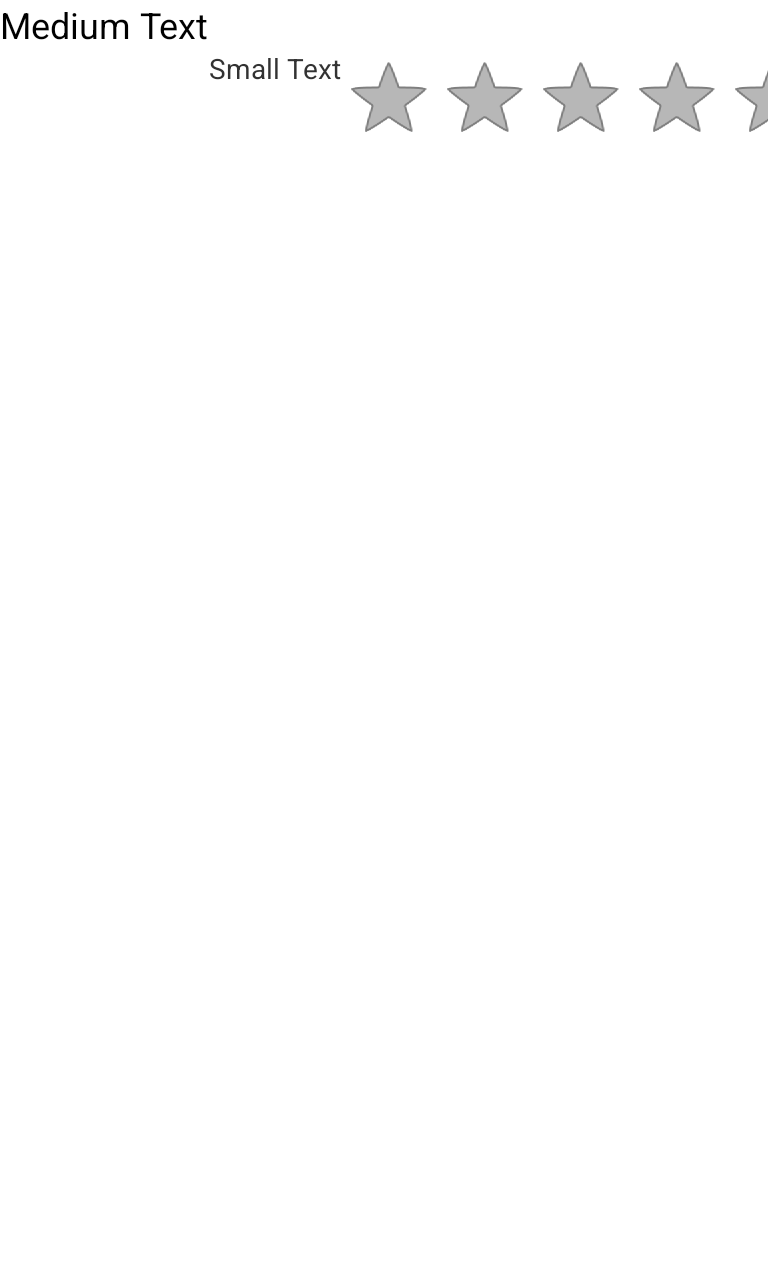
Repository: yash256/atnt
Layout: Farmdroid/res/layout/market_details.xml
An editor plug-in stored every save of this project. The layout is shown before and after the next save, followed by the edit.
It is drawn on a 768 x 1280 px phone screen (xhdpi) without system bars, with theme AppTheme; the app's code is not run.

Above is the layout before, as saved 2014-10-26 18:41:56.

### Farmdroid/res/layout/market_details.xml
<?xml version="1.0" encoding="utf-8"?>
<LinearLayout xmlns:android="http://schemas.android.com/apk/res/android"
    android:layout_width="match_parent"
    android:layout_height="match_parent"
    android:orientation="vertical" >

    <GridLayout
        android:layout_width="match_parent"
        android:layout_height="wrap_content"
        android:columnCount="8" >

        <TextView
            android:id="@+id/textView1"
            android:layout_column="0"
            android:layout_gravity="left|top"
            android:layout_row="1"
            android:text="Medium Text"
            android:textAppearance="?android:attr/textAppearanceMedium" />

    <TextView
        android:id="@+id/market_address"
        android:layout_width="wrap_content"
        android:layout_height="wrap_content"
        android:text="Small Text"
        android:textAppearance="?android:attr/textAppearanceSmall"
        android:layout_row="2"
        android:layout_columnSpan="2"/>

    <RatingBar
        android:id="@+id/ratingBar1"
        android:layout_gravity="right|top"
        android:layout_row="2"
        android:layout_columnSpan="4"/>

    </GridLayout>


</LinearLayout>

Loaded but not shown: Farmdroid/res/values/styles.xml (common file); Farmdroid/res/values-v11/styles.xml (common file); Farmdroid/res/values-v14/styles.xml (common file)

After the next save:
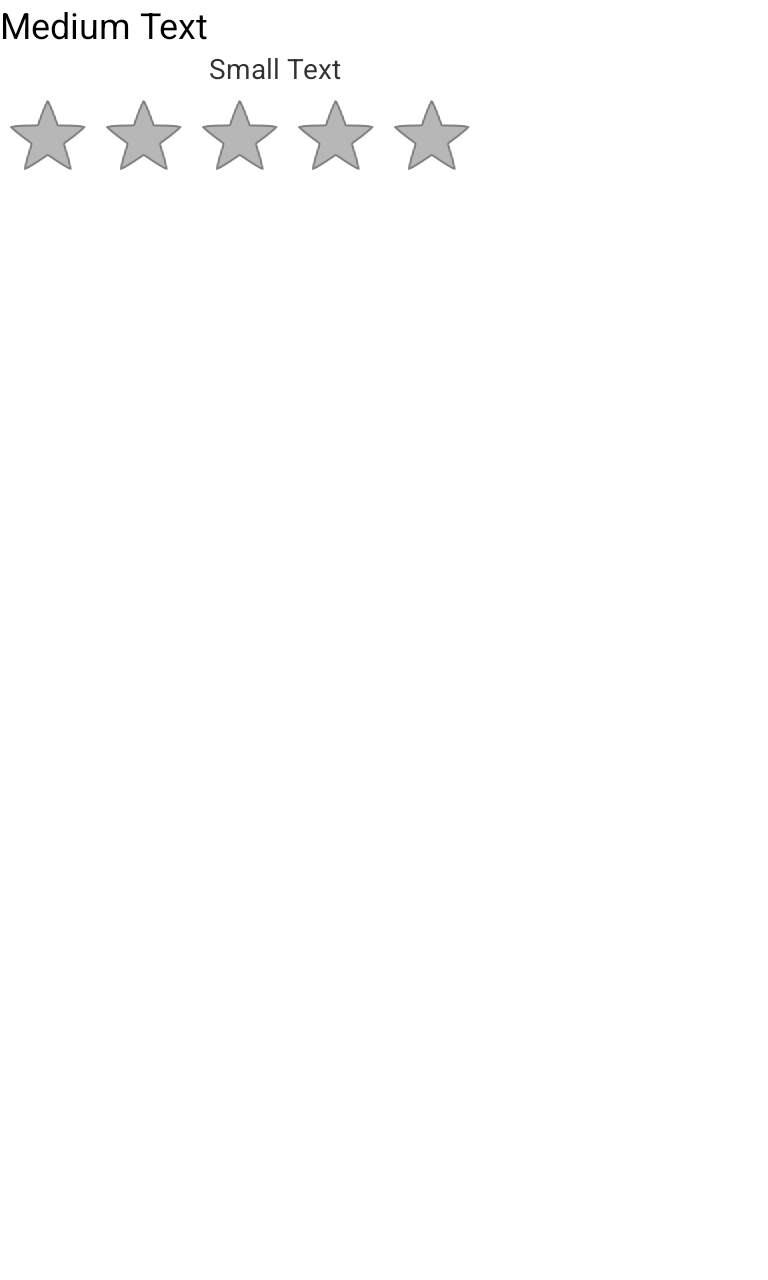
Saved 35 s later.
--- a/Farmdroid/res/layout/market_details.xml
+++ b/Farmdroid/res/layout/market_details.xml
@@ -30,7 +30,7 @@
         android:id="@+id/ratingBar1"
         android:layout_gravity="right|top"
         android:layout_row="2"
-        android:layout_columnSpan="4"/>
+        android:layout_columnSpan="6"/>
 
     </GridLayout>
 

After the 2 saves that followed:
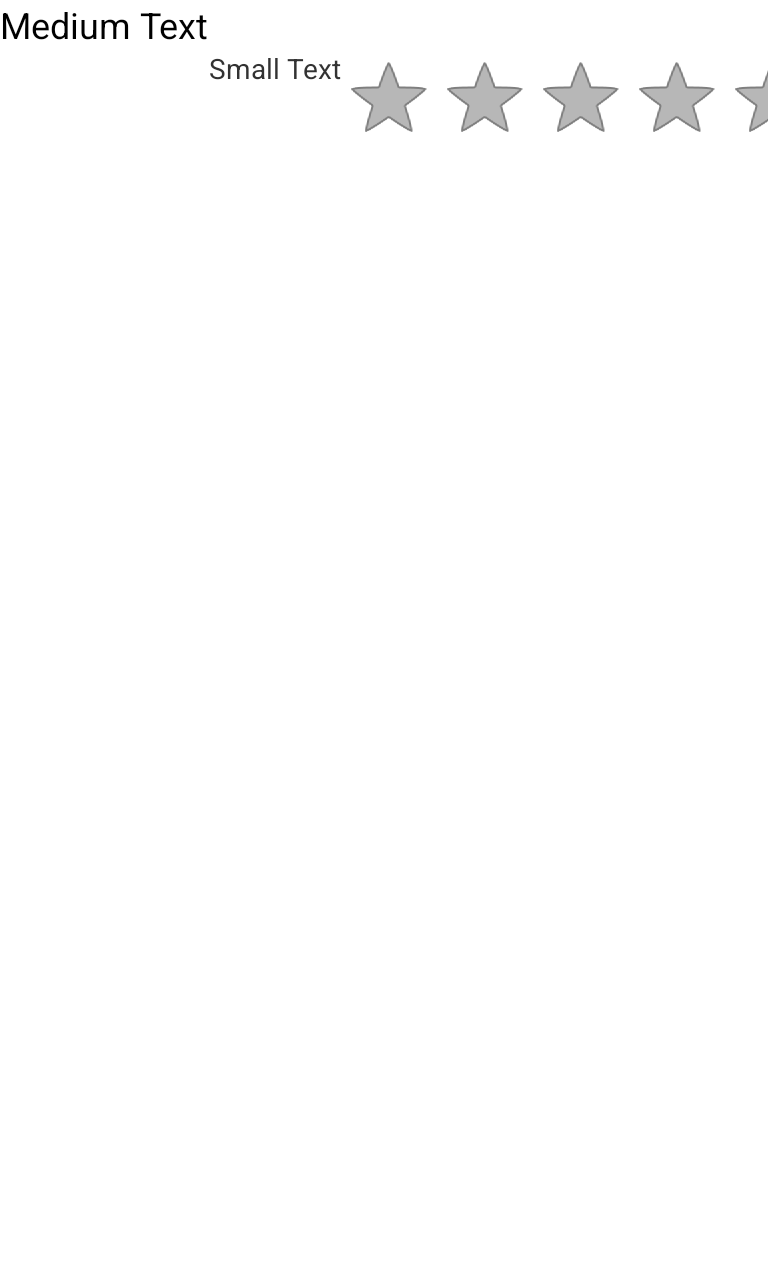
The 2 saves are shown as one change because 1 left the picture as it was.
The last was saved 27 s later.
--- a/Farmdroid/res/layout/market_details.xml
+++ b/Farmdroid/res/layout/market_details.xml
@@ -19,8 +19,6 @@
 
     <TextView
         android:id="@+id/market_address"
-        android:layout_width="wrap_content"
-        android:layout_height="wrap_content"
         android:text="Small Text"
         android:textAppearance="?android:attr/textAppearanceSmall"
         android:layout_row="2"
@@ -30,7 +28,7 @@
         android:id="@+id/ratingBar1"
         android:layout_gravity="right|top"
         android:layout_row="2"
-        android:layout_columnSpan="6"/>
+        android:layout_columnSpan="5"/>
 
     </GridLayout>
 
